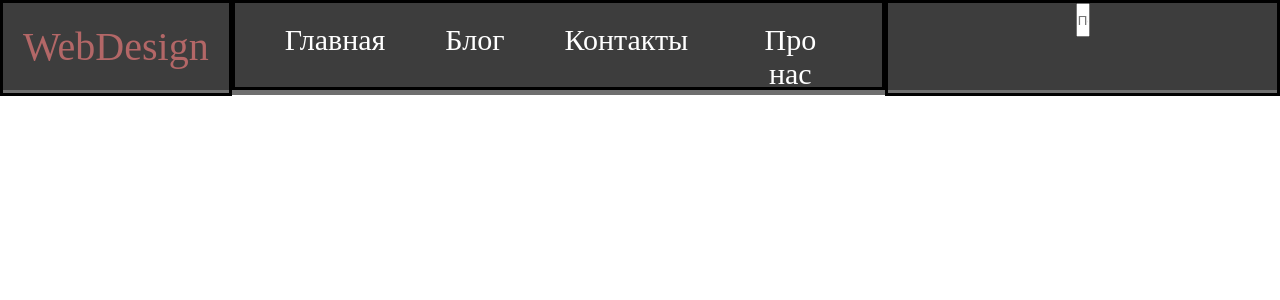
Repository: andbaik/Itprog
Page: index.htm
An editor plug-in stored every save of this project. The page is shown before and after the next save, followed by the edit.
The browser window is 1280 px wide. The pictures show the whole page.

Above is the page before, as saved 2021-01-19 16:51:58.

After the next save:
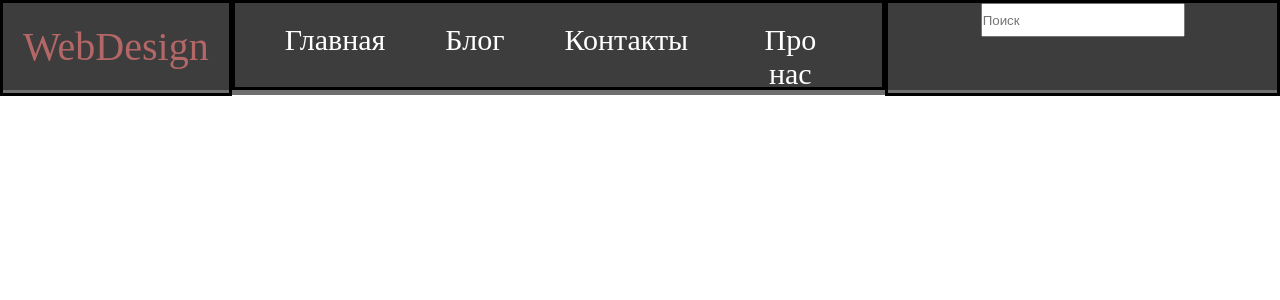
Saved 4 s later.
--- a/css/style.css
+++ b/css/style.css
@@ -62,6 +62,6 @@ a {
 }
 
 .serch-button {
-    width: 10px;
+    width: 200px;
     height: 30px;
 }
